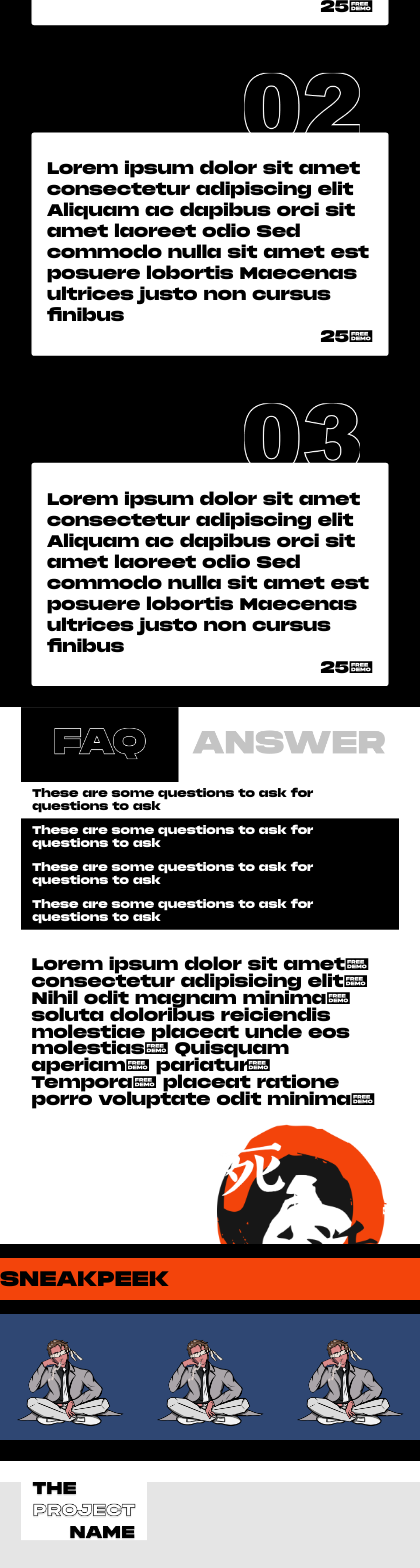
Repository: danishmahmoodawan/Sneakpeak
Page: /
These files come from the project's save history. The page is drawn as it stood at one moment and after the next save; the edit follows.
The browser window is 600 px wide. The pictures show the part of the page from y = 1423 to 3663 px (the page is 3663 px tall), at 70% of full size.
The project was rebuilt for these pictures with package versions that can differ from the ones it lists, and the page was loaded fresh each time.

Above is the page before, as saved 2022-02-28 22:45:22.

After the next save:
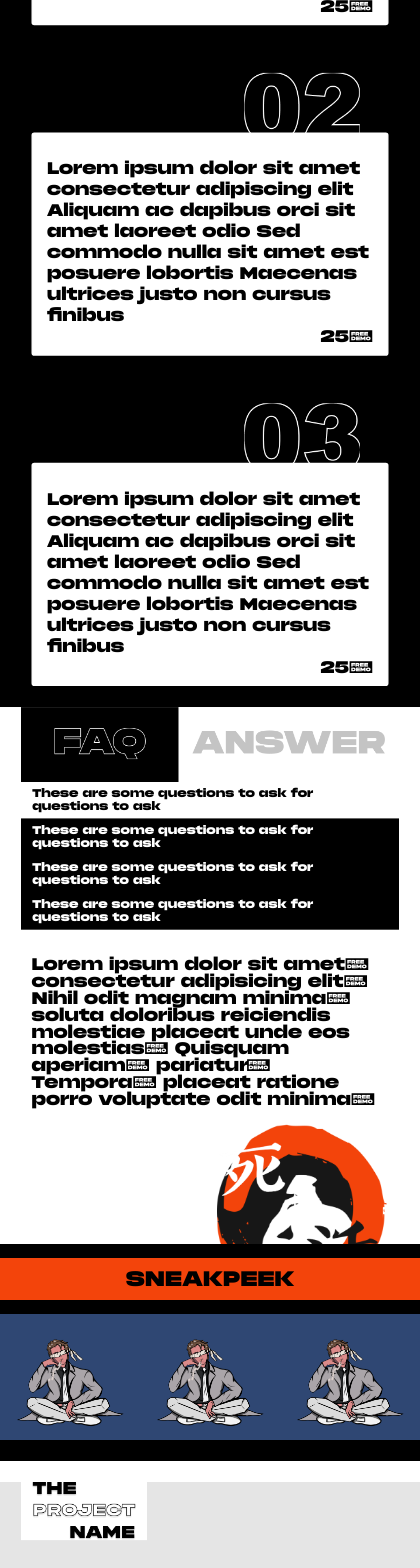
Saved 17 s later.
--- a/public/assets/css/style.css
+++ b/public/assets/css/style.css
@@ -465,7 +465,7 @@ padding: 20px 0;
     padding: 0;
   }
   h2.road_map{
-    text-align: center;
+    text-align: center !important;
   }
   body, html{
     overflow-x: hidden;
